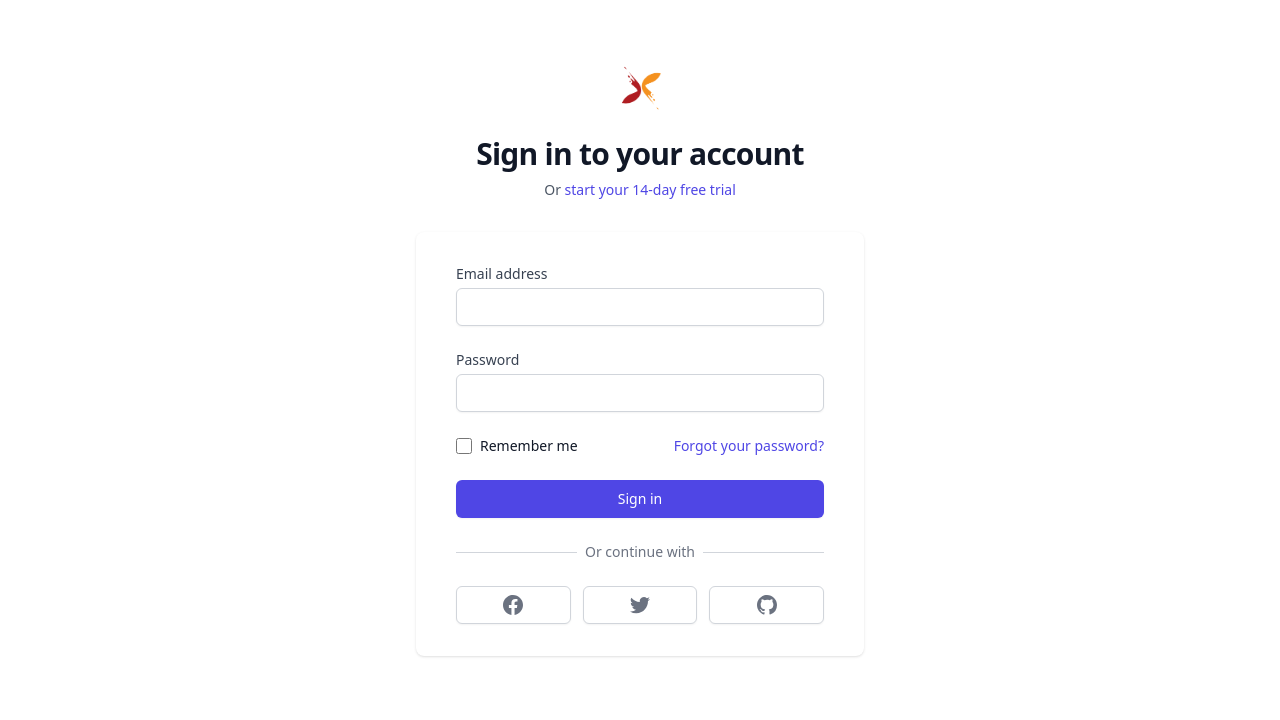
Repository: VinceBrun/medical-web3-app
Page: /login
The author's editor kept a copy of each file at every save. The page is drawn from the files as they stood at one save, then again after the next save.
The browser window is 1280 px wide. The pictures show the whole page.
The project was rebuilt for these pictures with package versions that can differ from the ones it lists, and the page was loaded fresh each time. The framework's server and built-in components were replaced by stand-ins that run in the browser. Also part of the build but not shown: next.config.js.

Above is the page before, as saved 2023-01-16 18:50:19.

### pages/login.jsx
import React from 'react'

export default function login() {
  return (
    <>

      <div className="flex h-screen flex-col justify-center py-12 sm:px-6 lg:px-8">
        <div className="sm:mx-auto sm:w-full sm:max-w-md">
          <img
            className="mx-auto h-12 w-auto"
            src="/images/curiositylogo.png"
            alt="Your Company"
          />
          <h2 className="mt-6 text-center text-3xl font-bold tracking-tight text-gray-900">Sign in to your account</h2>
          <p className="mt-2 text-center text-sm text-gray-600">
            Or{' '}
            <a href="#" className="font-medium text-indigo-600 hover:text-indigo-500">
              start your 14-day free trial
            </a>
          </p>
        </div>

        <div className="mt-8 sm:mx-auto sm:w-full sm:max-w-md">
          <div className="bg-white py-8 px-4 shadow sm:rounded-lg sm:px-10">
            <form className="space-y-6" action="#" method="POST">
              <div>
                <label htmlFor="email" className="block text-sm font-medium text-gray-700">
                  Email address
                </label>
                <div className="mt-1">
                  <input
                    id="email"
                    name="email"
                    type="email"
                    autoComplete="email"
                    required
                    className="block w-full appearance-none rounded-md border border-gray-300 px-3 py-2 placeholder-gray-400 shadow-sm focus:border-indigo-500 focus:outline-none focus:ring-indigo-500 sm:text-sm"
                  />
                </div>
              </div>

              <div>
                <label htmlFor="password" className="block text-sm font-medium text-gray-700">
                  Password
                </label>
                <div className="mt-1">
                  <input
                    id="password"
                    name="password"
                    type="password"
                    autoComplete="current-password"
                    required
                    className="block w-full appearance-none rounded-md border border-gray-300 px-3 py-2 placeholder-gray-400 shadow-sm focus:border-indigo-500 focus:outline-none focus:ring-indigo-500 sm:text-sm"
                  />
                </div>
              </div>

              <div className="flex items-center justify-between">
                <div className="flex items-center">
                  <input
                    id="remember-me"
                    name="remember-me"
                    type="checkbox"
                    className="h-4 w-4 rounded border-gray-300 text-indigo-600 focus:ring-indigo-500"
                  />
                  <label htmlFor="remember-me" className="ml-2 block text-sm text-gray-900">
                    Remember me
                  </label>
                </div>

                <div className="text-sm">
                  <a href="#" className="font-medium text-indigo-600 hover:text-indigo-500">
                    Forgot your password?
                  </a>
                </div>
              </div>

              <div>
                <button
                  type="submit"
                  className="flex w-full justify-center rounded-md border border-transparent bg-indigo-600 py-2 px-4 text-sm font-medium text-white shadow-sm hover:bg-indigo-700 focus:outline-none focus:ring-2 focus:ring-indigo-500 focus:ring-offset-2"
                >
                  Sign in
                </button>
              </div>
            </form>

            <div className="mt-6">
              <div className="relative">
                <div className="absolute inset-0 flex items-center">
                  <div className="w-full border-t border-gray-300" />
                </div>
                <div className="relative flex justify-center text-sm">
                  <span className="bg-white px-2 text-gray-500">Or continue with</span>
                </div>
              </div>

              <div className="mt-6 grid grid-cols-3 gap-3">
                <div>
                  <a
                    href="#"
                    className="inline-flex w-full justify-center rounded-md border border-gray-300 bg-white py-2 px-4 text-sm font-medium text-gray-500 shadow-sm hover:bg-gray-50"
                  >
                    <span className="sr-only">Sign in with Facebook</span>
                    <svg className="h-5 w-5" aria-hidden="true" fill="currentColor" viewBox="0 0 20 20">
                      <path
                        fillRule="evenodd"
                        d="M20 10c0-5.523-4.477-10-10-10S0 4.477 0 10c0 4.991 3.657 9.128 8.438 9.878v-6.987h-2.54V10h2.54V7.797c0-2.506 1.492-3.89 3.777-3.89 1.094 0 2.238.195 2.238.195v2.46h-1.26c-1.243 0-1.63.771-1.63 1.562V10h2.773l-.443 2.89h-2.33v6.988C16.343 19.128 20 14.991 20 10z"
                        clipRule="evenodd"
                      />
                    </svg>
                  </a>
                </div>

                <div>
                  <a
                    href="#"
                    className="inline-flex w-full justify-center rounded-md border border-gray-300 bg-white py-2 px-4 text-sm font-medium text-gray-500 shadow-sm hover:bg-gray-50"
                  >
                    <span className="sr-only">Sign in with Twitter</span>
                    <svg className="h-5 w-5" aria-hidden="true" fill="currentColor" viewBox="0 0 20 20">
                      <path d="M6.29 18.251c7.547 0 11.675-6.253 11.675-11.675 0-.178 0-.355-.012-.53A8.348 8.348 0 0020 3.92a8.19 8.19 0 01-2.357.646 4.118 4.118 0 001.804-2.27 8.224 8.224 0 01-2.605.996 4.107 4.107 0 00-6.993 3.743 11.65 11.65 0 01-8.457-4.287 4.106 4.106 0 001.27 5.477A4.073 4.073 0 01.8 7.713v.052a4.105 4.105 0 003.292 4.022 4.095 4.095 0 01-1.853.07 4.108 4.108 0 003.834 2.85A8.233 8.233 0 010 16.407a11.616 11.616 0 006.29 1.84" />
                    </svg>
                  </a>
                </div>

                <div>
                  <a
                    href="#"
                    className="inline-flex w-full justify-center rounded-md border border-gray-300 bg-white py-2 px-4 text-sm font-medium text-gray-500 shadow-sm hover:bg-gray-50"
                  >
                    <span className="sr-only">Sign in with GitHub</span>
                    <svg className="h-5 w-5" aria-hidden="true" fill="currentColor" viewBox="0 0 20 20">
                      <path
                        fillRule="evenodd"
                        d="M10 0C4.477 0 0 4.484 0 10.017c0 4.425 2.865 8.18 6.839 9.504.5.092.682-.217.682-.483 0-.237-.008-.868-.013-1.703-2.782.605-3.369-1.343-3.369-1.343-.454-1.158-1.11-1.466-1.11-1.466-.908-.62.069-.608.069-.608 1.003.07 1.531 1.032 1.531 1.032.892 1.53 2.341 1.088 2.91.832.092-.647.35-1.088.636-1.338-2.22-.253-4.555-1.113-4.555-4.951 0-1.093.39-1.988 1.029-2.688-.103-.253-.446-1.272.098-2.65 0 0 .84-.27 2.75 1.026A9.564 9.564 0 0110 4.844c.85.004 1.705.115 2.504.337 1.909-1.296 2.747-1.027 2.747-1.027.546 1.379.203 2.398.1 2.651.64.7 1.028 1.595 1.028 2.688 0 3.848-2.339 4.695-4.566 4.942.359.31.678.921.678 1.856 0 1.338-.012 2.419-.012 2.747 0 .268.18.58.688.482A10.019 10.019 0 0020 10.017C20 4.484 15.522 0 10 0z"
                        clipRule="evenodd"
                      />
                    </svg>
                  </a>
                </div>
              </div>
            </div>
          </div>
        </div>
      </div>
    </>
  )
}

### styles/globals.css
@tailwind base;
@tailwind components;
@tailwind utilities;

/* :root {
  --max-width: 1100px;
  --border-radius: 12px;
  --font-mono: ui-monospace, Menlo, Monaco, "Cascadia Mono", "Segoe UI Mono",
    "Roboto Mono", "Oxygen Mono", "Ubuntu Monospace", "Source Code Pro",
    "Fira Mono", "Droid Sans Mono", "Courier New", monospace;

  --foreground-rgb: 0, 0, 0;
  --background-start-rgb: 214, 219, 220;
  --background-end-rgb: 255, 255, 255;

  --primary-glow: conic-gradient(
    from 180deg at 50% 50%,
    #16abff33 0deg,
    #0885ff33 55deg,
    #54d6ff33 120deg,
    #0071ff33 160deg,
    transparent 360deg
  );
  --secondary-glow: radial-gradient(
    rgba(255, 255, 255, 1),
    rgba(255, 255, 255, 0)
  );

  --tile-start-rgb: 239, 245, 249;
  --tile-end-rgb: 228, 232, 233;
  --tile-border: conic-gradient(
    #00000080,
    #00000040,
    #00000030,
    #00000020,
    #00000010,
    #00000010,
    #00000080
  );

  --callout-rgb: 238, 240, 241;
  --callout-border-rgb: 172, 175, 176;
  --card-rgb: 180, 185, 188;
  --card-border-rgb: 131, 134, 135;
}

@media (prefers-color-scheme: dark) {
  :root {
    --foreground-rgb: 255, 255, 255;
    --background-start-rgb: 0, 0, 0;
    --background-end-rgb: 0, 0, 0;

    --primary-glow: radial-gradient(rgba(1, 65, 255, 0.4), rgba(1, 65, 255, 0));
    --secondary-glow: linear-gradient(
      to bottom right,
      rgba(1, 65, 255, 0),
      rgba(1, 65, 255, 0),
      rgba(1, 65, 255, 0.3)
    );

    --tile-start-rgb: 2, 13, 46;
    --tile-end-rgb: 2, 5, 19;
    --tile-border: conic-gradient(
      #ffffff80,
      #ffffff40,
      #ffffff30,
      #ffffff20,
      #ffffff10,
      #ffffff10,
      #ffffff80
    );

    --callout-rgb: 20, 20, 20;
    --callout-border-rgb: 108, 108, 108;
    --card-rgb: 100, 100, 100;
    --card-border-rgb: 200, 200, 200;
  }
}

* {
  box-sizing: border-box;
  padding: 0;
  margin: 0;
}

html,
body {
  max-width: 100vw;
  overflow-x: hidden;
}

body {
  color: rgb(var(--foreground-rgb));
  background: linear-gradient(
      to bottom,
      transparent,
      rgb(var(--background-end-rgb))
    )
    rgb(var(--background-start-rgb));
}

a {
  color: inherit;
  text-decoration: none;
}

@media (prefers-color-scheme: dark) {
  html {
    color-scheme: dark;
  }
} */

Loaded but not shown: pages/_app.js (common file); pages/_document.js (common file); tailwind.config.js (common file)

After the next save:
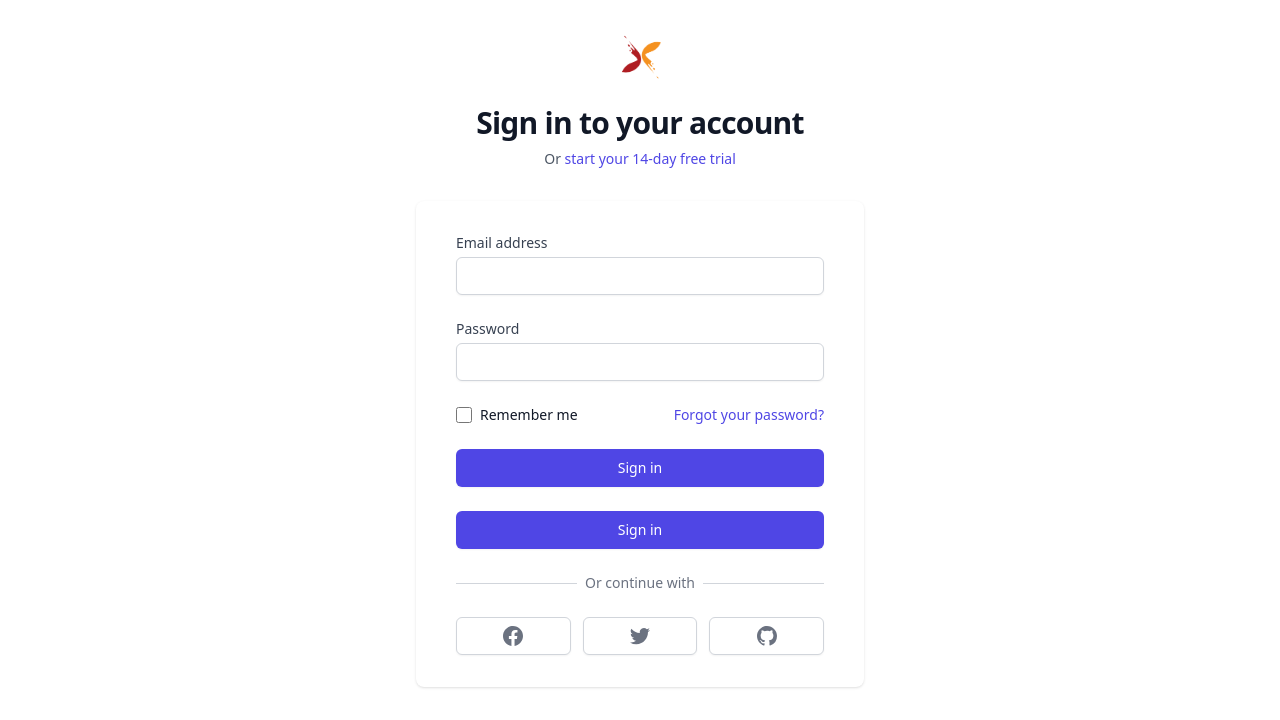
Saved 9 s later.
--- a/pages/login.jsx
+++ b/pages/login.jsx
@@ -83,6 +83,14 @@ export default function login() {
                   Sign in
                 </button>
               </div>
+              <div>
+                <button
+                  type="submit"
+                  className="flex w-full justify-center rounded-md border border-transparent bg-indigo-600 py-2 px-4 text-sm font-medium text-white shadow-sm hover:bg-indigo-700 focus:outline-none focus:ring-2 focus:ring-indigo-500 focus:ring-offset-2"
+                >
+                  Sign in
+                </button>
+              </div>
             </form>
 
             <div className="mt-6">
